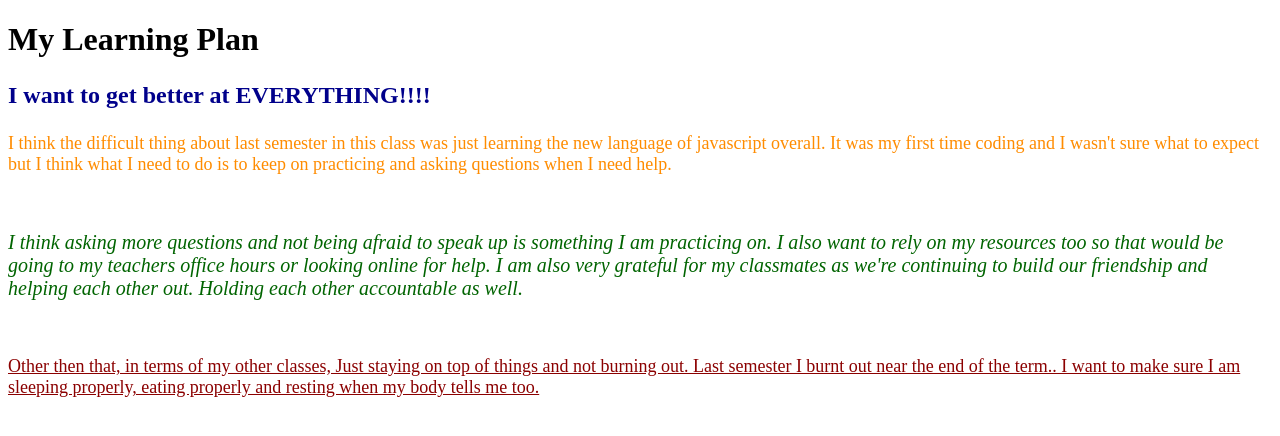
Repository: boofoo-png/mdia-2109
Page: Lab 3/learning-plan.html
These files come from the project's save history. The page is drawn as it stood at one moment and after the next save; the edit follows.
The browser window is 1280 px wide. The pictures show the whole page.

Above is the page before, as saved 2026-02-02 11:05:39.

After the next save:
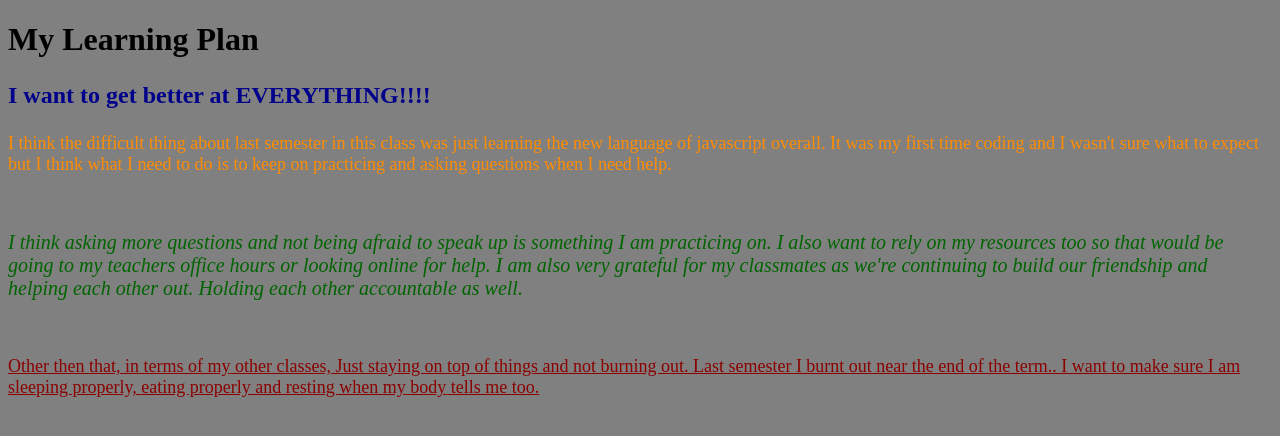
Saved 4 s later.
--- a/Lab 3/styles.css
+++ b/Lab 3/styles.css
@@ -26,5 +26,5 @@
 }
 
 body {
-    background-color:
+    background-color: grey;
 }
